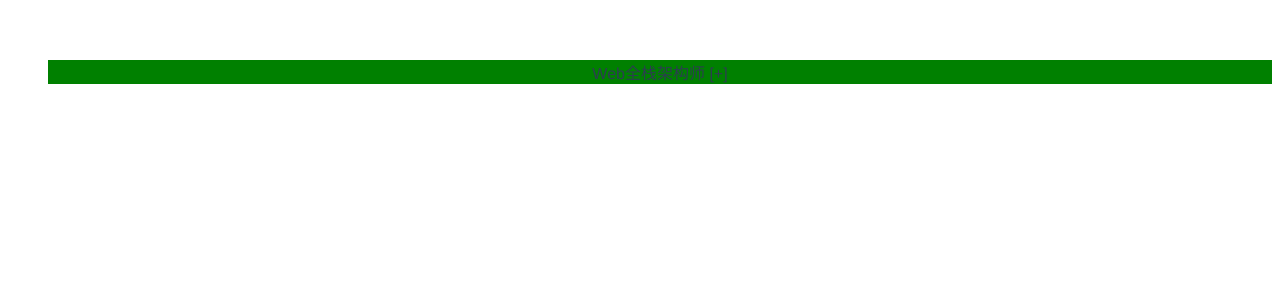
Repository: lxl0302/ClassBegin_-sound_code
Page: /#/kform
The author's editor kept a copy of each file at every save. The page is drawn from the files as they stood at one save, then again after the next save.
The browser window is 1280 px wide. The pictures show the whole page.
The project was rebuilt for these pictures with package versions that can differ from the ones it lists, and the page was loaded fresh each time.

Above is the page before, as saved 2020-07-08 15:02:48.

### src/main.js
import Vue from 'vue'
import App from './App.vue'
import create from './utils/create'

Vue.config.productionTip = false

Vue.prototype.$create =create

new Vue({
  render: h => h(App),
}).$mount('#app')

### src/App.vue
<template>
  <div id="app">
    <HelloWorld />
  </div>
</template>

<script>
import HelloWorld from './tree/index'

export default {
  name: 'App',
  components: {
    HelloWorld
  }
}
</script>

<style>
#app {
  font-family: Avenir, Helvetica, Arial, sans-serif;
  -webkit-font-smoothing: antialiased;
  -moz-osx-font-smoothing: grayscale;
  text-align: center;
  color: #2c3e50;
  margin-top: 60px;
}
</style>

### src/utils/create.js
import Vue from 'vue';

export default function create(Component, props) {
  // 先创建实例
  const vm = new Vue({
    render(h) {
      // h就是createElement, 它返回VNode
      return h(Component, {props})
    }
  }).$mount();
  // 手动挂在dom 创建实例后 会有与实例对应的实体dom
  document.body.appendChild(vm.$el)
  // 销毁方法
  const comp = vm.$children[0];
  comp.remove = function() {
    document.body.removeChild(vm.$el); // 移除实体dom
    vm.$destroy() // 销毁实例
  }
  return comp
}

### src/tree/index.vue
<template>
  <div>
    <ul>
      <item :model="treeData"></item>
    </ul>
  </div>
</template>

<script>
import Item from "./Item";
export default {
  name: "index",
  components: { Item },
  data() {
    return {
      treeData: {
        title: "Web全栈架构师",
        children: [
          {
            title: "Java架构师"
          },
          {
            title: "JS高级",
            children: [
              {
                title: "ES6"
              },
              {
                title: "动效"
              }
            ]
          },
          {
            title: "Web全栈",
            children: [
              {
                title: "Vue训练营",
                expand: true,
                children: [
                  {
                    title: "组件化"
                  },
                  {
                    title: "源码"
                  },
                  {
                    title: "docker部署"
                  }
                ]
              },
              {
                title: "React",
                children: [
                  {
                    title: "JSX"
                  },
                  {
                    title: "虚拟DOM"
                  }
                ]
              },
              {
                title: "Node"
              }
            ]
          }
        ]
      }
    };
  }
};
</script>

<style lang="scss" scoped>
</style>

### src/tree/Item.vue
<template>
  <div class="item-class">
    <div @click="toggle">
      {{model.title}}
      <span v-if="isFolder">[{{open ? '-' : '+'}}]</span>
    </div>
    <ul v-show="open" v-if="isFolder" class="ul-class">
      <item class="item-class" v-for="model in model.children" :key="model.title" :model="model" />
    </ul>
  </div>
</template>

<script>
export default {
  name: "Item",
  props: {
    model: {
      type: Object,
      required: true
    }
  },
  data() {
    return {
      open: false
    };
  },
  computed: {
    isFolder() {
      return this.model.children && this.model.children.length;
    }
  },
  methods: {
    toggle() {
      if (this.isFolder) {
        this.open = !this.open;
      }
    }
  }
};
</script>
<style scoped>
.item-class {
  list-style: none;
  background-color: green;
}
.ul-class{
  background-color: yellow;
}
</style>

Loaded but not shown: public/index.html (common file)

After the next save:
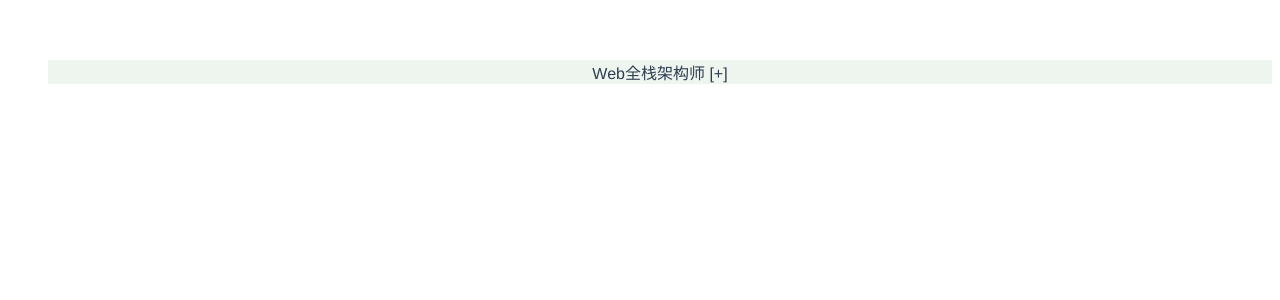
Saved 29 s later.
--- a/src/tree/Item.vue
+++ b/src/tree/Item.vue
@@ -41,7 +41,7 @@ export default {
 <style scoped>
 .item-class {
   list-style: none;
-  background-color: green;
+  background-color: rgb(172, 197, 172, 0.2);
 }
 .ul-class{
   background-color: yellow;
